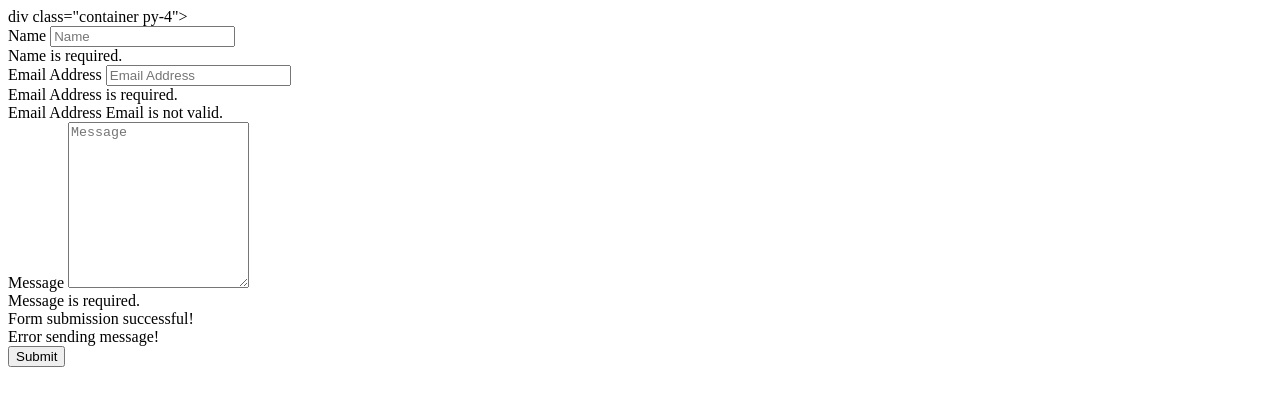
Repository: ahamie71/myfolio
Page: http://localhost/contact.php
An editor plug-in stored every save of this project. The page is shown before and after the next save, followed by the edit.
The browser window is 1280 px wide. The pictures show the whole page.
The page is run by PHP 8.4 with error messages shown; the project is at /var/www/html/.

Above is the page before, as saved 2023-01-11 14:59:06.

After the next save:
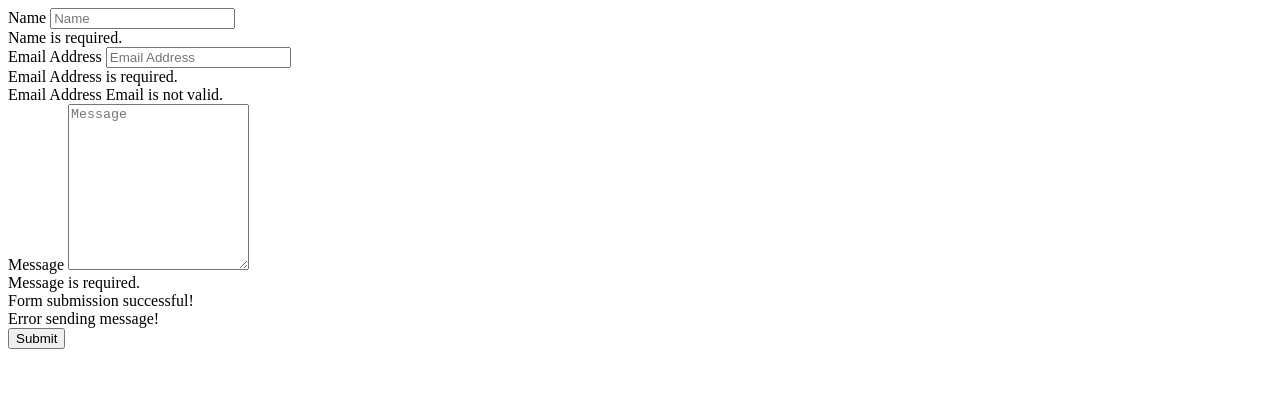
Saved 31 s later.
--- a/contact.php
+++ b/contact.php
@@ -7,7 +7,7 @@
     <title>Document</title>
 </head>
 <body>
-div class="container py-4">
+<div class="container py-4">
 
 <!-- Bootstrap 5 starter form -->
 <form id="contactForm" data-sb-form-api-token="API_TOKEN">
